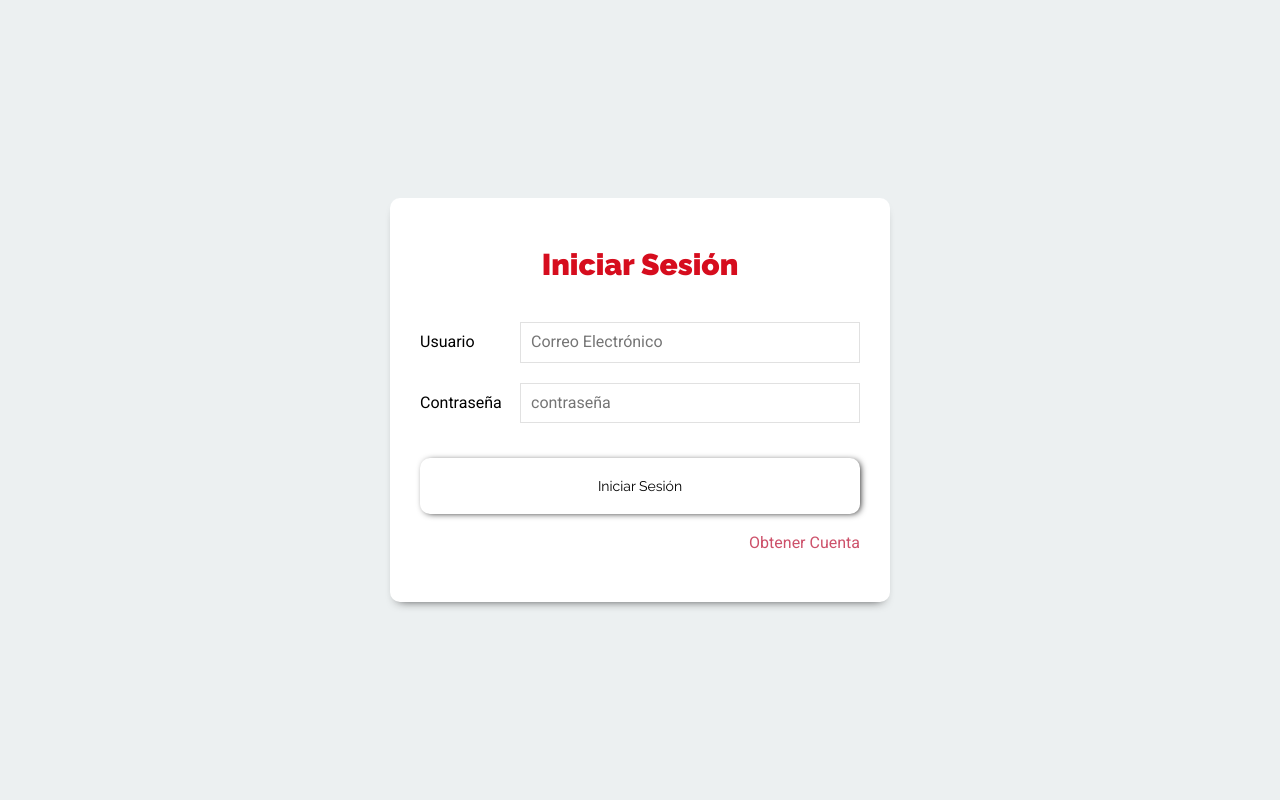
Repository: andrescovarrubias/admin-proyectos
Page: / (app in cliente/)
An editor plug-in stored every save of this project. The page is shown before and after the next save, followed by the edit.
The browser window is 1280 px wide. The pictures show the whole page.
The project was rebuilt for these pictures with package versions that can differ from the ones it lists, and the page was loaded fresh each time. Also part of the build but not shown: cliente/src/components/auth/NuevaCuenta.jsx, cliente/src/components/proyectos/NuevoProyecto.jsx, cliente/src/components/layout/SideBar.jsx, cliente/src/components/proyectos/Proyectos.jsx.

Above is the page before, as saved 2020-10-31 17:48:45.

After the next save:
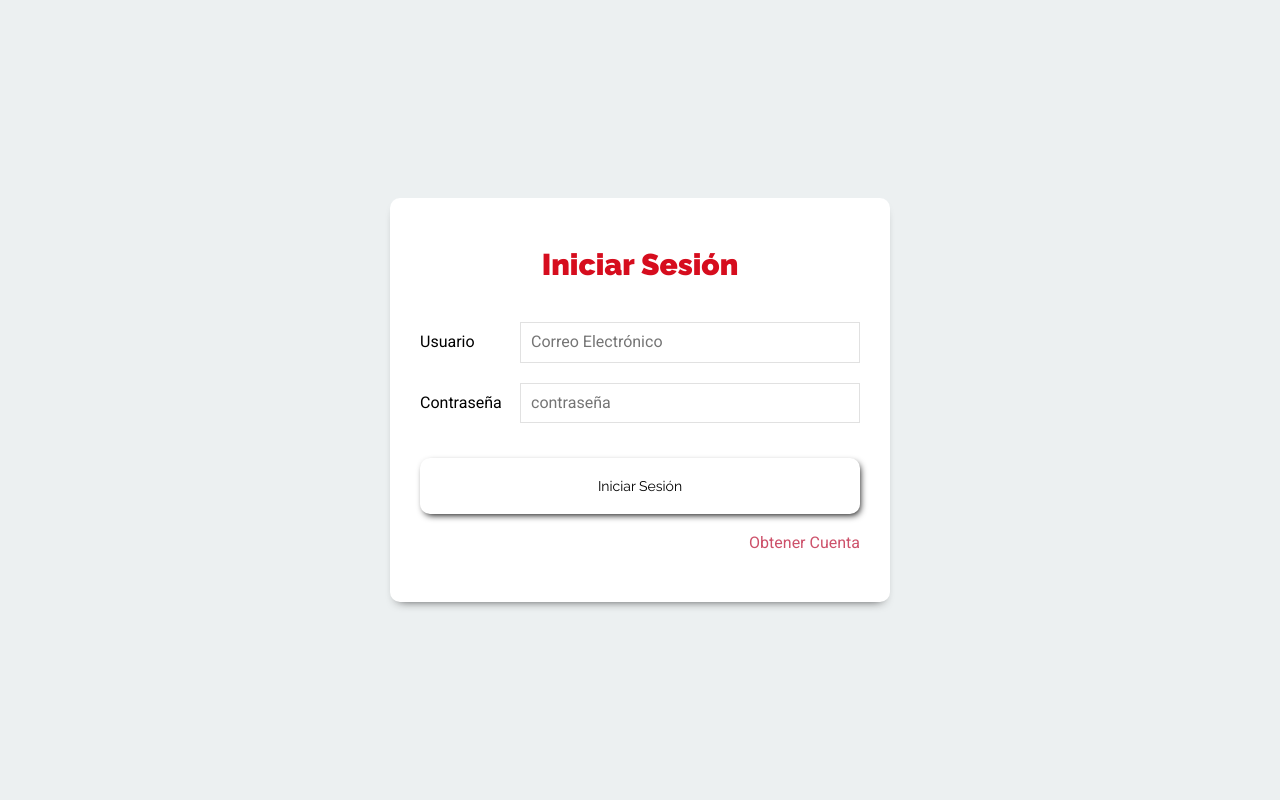
Saved 5 s later.
--- a/cliente/src/index.css
+++ b/cliente/src/index.css
@@ -67,7 +67,7 @@ a {
   /* font-weight: bold; */
   border-radius: 10px;
   border: none;
-  box-shadow: 2px 1px 7px -2px black;
+  box-shadow: 2px 3px 7px -2px black;
   transition: background-color 0.3s ease;
 }
 .btn:hover {
